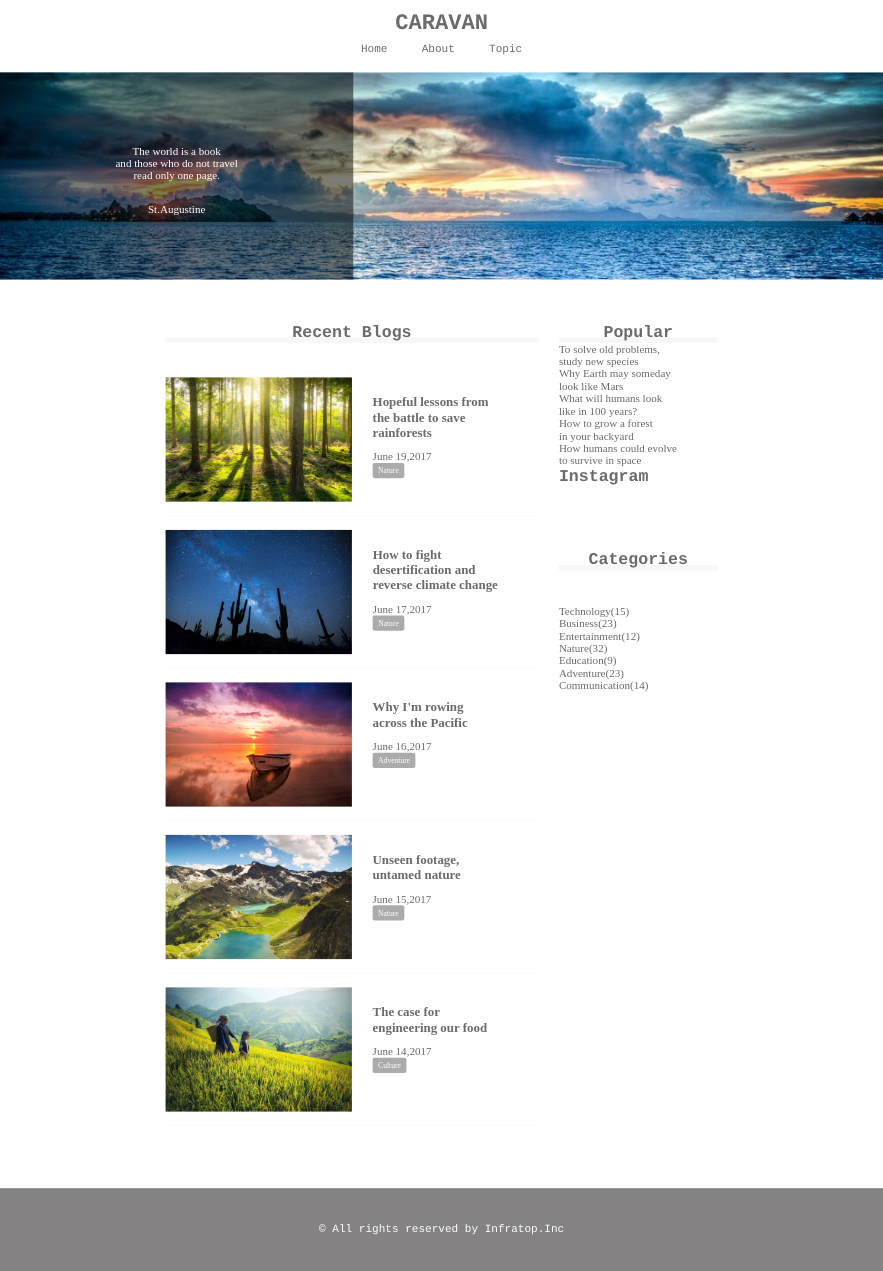
Repository: dsjanainoyo/html
Page: caravan/index.html
The author's editor kept a record of every edit. The page is drawn from the files as they stood at one moment, then again after the next edit.
The browser window is 1280 px wide. The pictures show the whole page, at 69% of full size.

Above is the page before.

After the next edit:
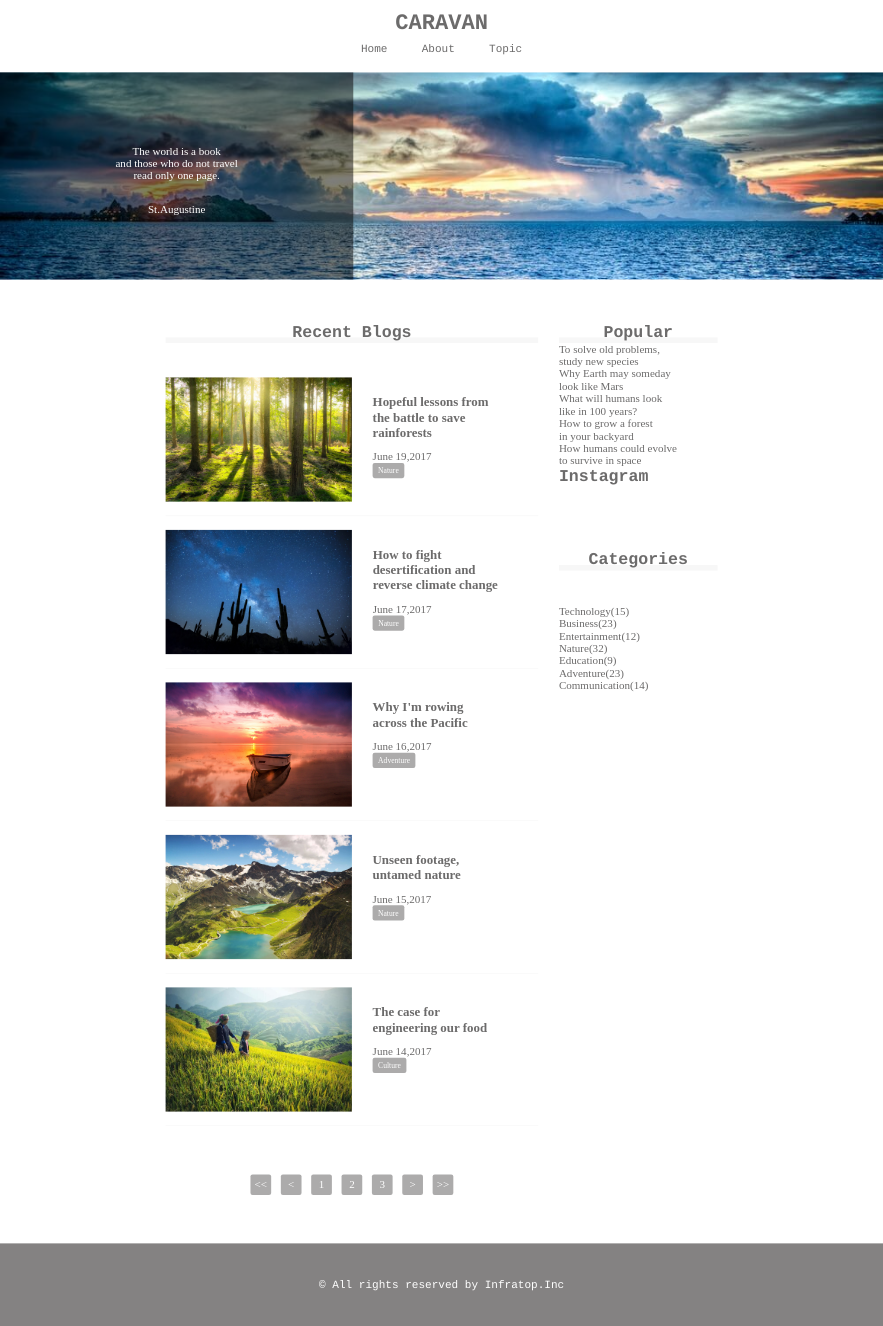
The edit:
--- a/caravan/index.html
+++ b/caravan/index.html
@@ -117,6 +117,16 @@
 
 
         </div>
+
+        <div class="pagination">
+          <p><<</p>
+          <p><</p>
+          <p>1</p>
+          <p>2</p>
+          <p>3</p>
+          <p>></p>
+          <p>>></p>
+        </div>
       </section>
 
       <div class="sidebar">
